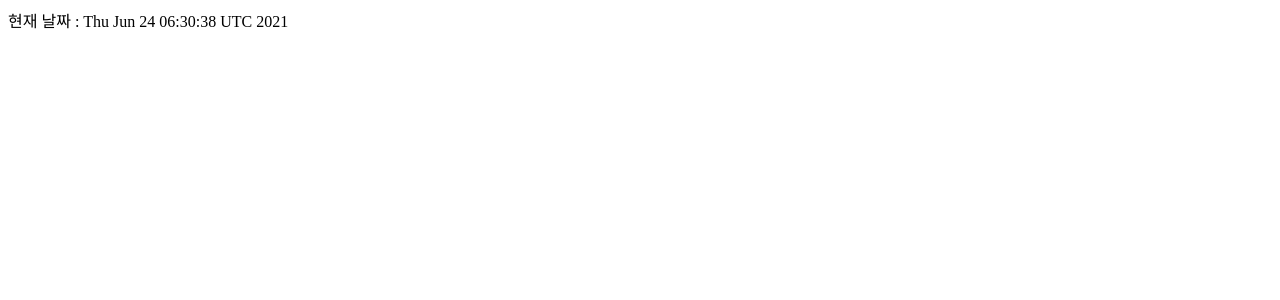
Repository: suinautant/learnCode
Page: http://localhost/JSPBook/ch03/ex04.jsp
An editor plug-in stored every save of this project. The page is shown before and after the next save, followed by the edit.
The browser window is 1280 px wide. The pictures show the whole page.
The page is served by Tomcat 9.

Above is the page before, as saved 2021-06-30 03:29:15.

After the next save:
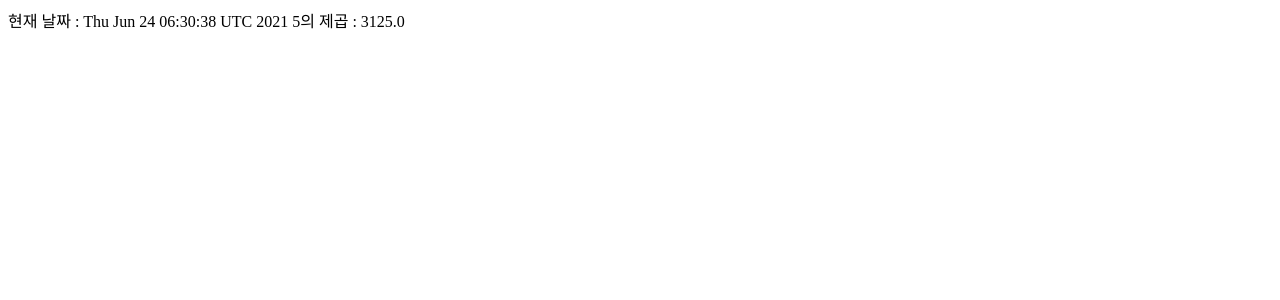
Saved 64 s later.
--- a/jsp/JSPBook/WebContent/ch03/ex04.jsp
+++ b/jsp/JSPBook/WebContent/ch03/ex04.jsp
@@ -15,6 +15,8 @@
 		Date date = new Date();
 	out.println("현재 날짜 : " + date);
 	%>
+	<%="5의 제곱 : " + Math.pow(5, 5)
+	%>
 
 </body>
 </html>
